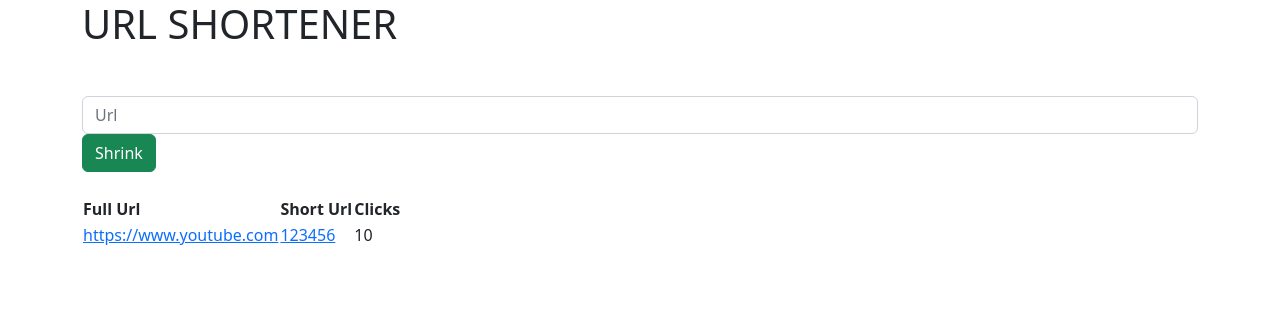
Repository: HarshM0di/URL-SHORTENER
Page: http://localhost/
The author's editor kept a copy of each file at every save. The page is drawn from the files as they stood at one save, then again after the next save.
The browser window is 1280 px wide. The pictures show the whole page.
The page is served by the project's Node server (server.js).

Above is the page before, as saved 2022-09-18 11:13:10.

### views/index.ejs
<!DOCTYPE html>
<html lang="en">
<head>
    <meta charset="UTF-8">
    <meta http-equiv="X-UA-Compatible" content="IE=edge">
    <meta name="viewport" content="width=device-width, initial-scale=1.0">
    <link href="https://cdn.jsdelivr.net/npm/bootstrap@5.2.1/dist/css/bootstrap.min.css" rel="stylesheet" integrity="sha384-iYQeCzEYFbKjA/T2uDLTpkwGzCiq6soy8tYaI1GyVh/UjpbCx/TYkiZhlZB6+fzT" crossorigin="anonymous">
    <title>Document</title>
</head>
<body>
    <div class="container">



    <h1> URL SHORTENER </h1>
    <form action="" method = "POST" class ="my-4 form-inline">
        <label for="fullUrl" class="sr-only"></label>
        <input required placeholder="Url" type="url" name= "fullUrl" id="fullUrl" class="form-control col mr-2" >
        <button class="btn btn-success" type="submit">Shrink</button>
    </form>

    <table>
        <thead>
            <tr>
                <th>Full Url</th>
                <th>Short Url</th>
                <th>Clicks</th>

            </tr>
        </thead>
        <body>
            <tr>
               <td><a href="https://www.youtube.com">https://www.youtube.com</a></td>
            <td><a href="/123456">123456</a></td>
            <td>10</td>
            </tr>
        </body>
    </table>
</div>
</body>
</html>

### server.js
const express = require('express')
const app = express()

app.set('view engine', 'ejs')

app.get('/', (req, res) =>{
    res.render('index')
})

app.listen(process.env.PORT || 5000);

After the next save:
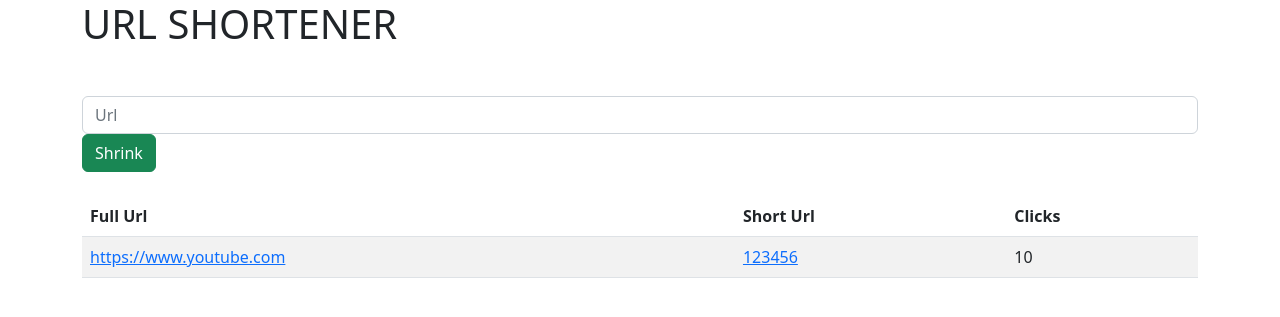
Saved 66 s later.
--- a/views/index.ejs
+++ b/views/index.ejs
@@ -19,7 +19,7 @@
         <button class="btn btn-success" type="submit">Shrink</button>
     </form>
 
-    <table>
+    <table class="table table-striped">
         <thead>
             <tr>
                 <th>Full Url</th>
